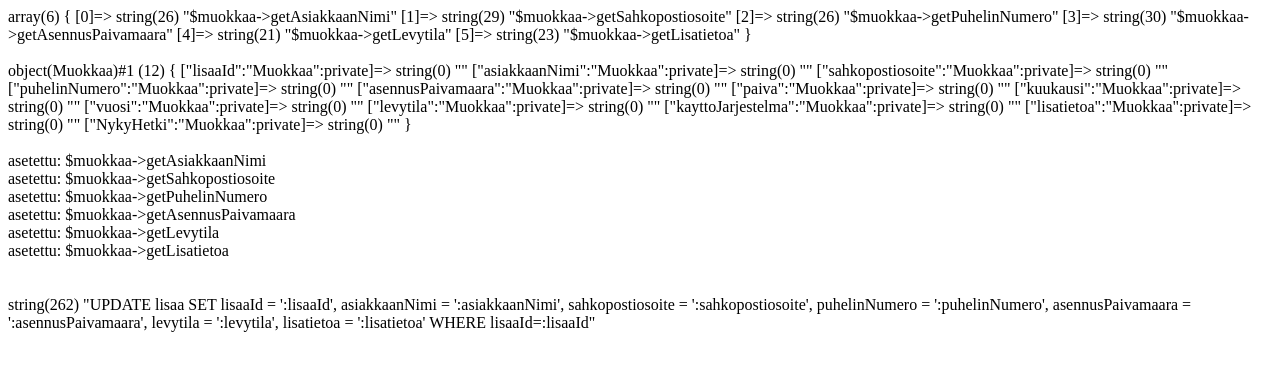
Repository: TommiKurjensalo/php
Page: http://localhost/test/function_to_function.php
The author's editor kept a copy of each file at every save. The page is drawn from the files as they stood at one save, then again after the next save.
The browser window is 1280 px wide. The pictures show the whole page.
The page is run by PHP 8.4 with error messages shown; the project is at /var/www/html/.

Above is the page before, as saved 2017-04-25 16:39:59.

### sivut/test/function_to_function.php
<?php

$m = new Muokkaa("","asiakas@jee.org","040-988474","02","03","2017","332","3","Lisätietoa");

$m->muokkaaAsiakas($m);

class Muokkaa {

	// luokan attribuutit
	private $lisaaId = "";
	private $asiakkaanNimi = "";
	private $sahkopostiosoite = "";
	private $puhelinNumero = "";
	private $asennusPaivamaara = "";
	private $paiva = "";
	private $kuukausi = "";
	private $vuosi = "";
	private $levytila = "";
	private $kayttoJarjestelma = "";
	private $lisatietoa = "";
	private $NykyHetki = "";

	// Etsitään sopiva konstruktori
	function __construct() {
		$get_arguments       = func_get_args();
		$number_of_arguments = func_num_args();

		if (method_exists($this, $method_name = '__construct'.$number_of_arguments)) {
			call_user_func_array(array($this, $method_name), $get_arguments);
		}
	}


	// Luokan konstruktori
	public function __construct10($uusiAsiakkaanNimi = "", $uusiSahkopostiosoite = "", $uusiPuhelinNumero = "",
			$uusiPaiva = "", $uusiKuukausi = "", $uusiVuosi = "",
			$uusiLevytila = "", $uusiKayttoJarjestelma = "", $uusiLisatietoa = "")
	{

		// trim poistaa tyhjät merkkijonon alusta ja lopusta
		//$this->lisaaId = ($uusiId);
		$this->asiakkaanNimi = trim($uusiAsiakkaanNimi);
		$this->sahkopostiosoite = trim($uusiSahkopostiosoite);
		$this->puhelinNumero = trim($uusiPuhelinNumero);
		$this->paiva = trim($uusiPaiva);
		$this->kuukausi = trim($uusiKuukausi);
		$this->vuosi = trim($uusiVuosi);
		$this->levytila = trim($uusiLevytila);
		$this->kayttoJarjestelma = trim($uusiKayttoJarjestelma);
		$this->lisatietoa = trim($uusiLisatietoa);
	}

	// Luokan konstruktori haeAsiakas toimintoa varten
	public function __construct2($uusiId="", $uusiAsiakkaanNimi = "")

	{
		// trim poistaa tyhjät merkkijonon alusta ja lopusta
		$this->lisaaId = ($uusiId);
		$this->asiakkaanNimi = trim($uusiAsiakkaanNimi);
		$this->paiva = trim($uusiPaiva);
		$this->kuukausi = trim($uusiKuukausi);
		$this->vuosi = trim($uusiVuosi);
		$this->kayttoJarjestelma = trim($uusiKayttoJarjestelma);
	}

	// Muuttaa/asettaa lisaaId-attribuutin
	public function setLisaaId($uusiId) {
		$this->lisaaId = $uusiId;
	}

	// Palauttaa lisaaId-attribuutin
	public function getLisaaId() {
		return $this->lisaaId;
	}

	// Muuttaa/asettaa asiakkaanNimi-attribuutin
	public function setAsiakkaanNimi($uusiAsiakkaanNimi) {
		$this->asiakkaanNimi = $uusiAsiakkaanNimi;
	}

	// Palauttaa asiakkaanNimi-attribuutin
	public function getAsiakkaanNimi() {
		return $this->asiakkaanNimi;
	}


	// $empty kertoo, saako kenttä olla tyhjä (FALSE=>ei saa olla eli on pakollinen)
	// $min kertoo kentän minimipituuden merkkeinä
	// $max kertoo kentän maksimipituuden merkkeinä
	public function checkAsiakkaanNimi($required, $min, $max) {

		// Jos kenttä saa olla tyhjä ja se on tyhjä, ei ole virhettä
		if ($required === FALSE && strlen($this->asiakkaanNimi) == 0)
			return 0;

		if ($required === TRUE) {
			// Jos kenttä on tyhjä
			if (strlen($this->asiakkaanNimi) == 0)
				return 1;

			// Jos kentässä on liian vähän tai liikaa merkkejä
			if (strlen($this->asiakkaanNimi) < $min || strlen($this->asiakkaanNimi) > $max)
				return 2;

			// Jos kentässä on sinne kuulumattomia merkkejä
			if (preg_match("/[^a-zåäöA-ZÅÄÖ0-9 \-]/", $this->asiakkaanNimi))
				return 3;

		}
		// Ei ollut virheitä
		return 0;

	}

	// *******************************************************
	// Muuttaa/asettaa sahkopostiosoite-attribuutin
	public function setSahkopostiosoite($uusiSahkopostiosoite) {
		$this->sahkopostiosoite = $uusiSahkopostiosoite;
	}

	// Palauttaa sahkopostiosoite-attribuutin
	public function getSahkopostiosoite() {
		return $this->sahkopostiosoite;
	}

	public function checkSahkopostiosoite($required) {

		// Jos kenttä saa olla tyhjä ja se on tyhjä, ei ole virhettä
		if ($required === FALSE && strlen($this->sahkopostiosoite) == 0)
			return 0;

		if ($required == TRUE) {
			// Jos kenttä on tyhjä
			if (strlen($this->sahkopostiosoite) == 0)
				return 4;

			// Jos kentässä on sinne kuulumattomia merkkejä
			// Hyväksytyt merkit ovat A-Z a-z 0-9 . - ja maatunnus 2-4 merkkiä (A-Z a-z)
			if (!preg_match('/^[A-Öa-ö0-9._-]+@[A-Öa-ö0-9.-]+\.[A-Za-z]{2,4}$/', $this->sahkopostiosoite))
				return 5;

		}

		return 0;
	}

	// *******************************************************
	// Muuttaa/asettaa puhelinNumero-attribuutin
	public function setPuhelinNumero($uusiPuhelinNumero) {
		$this->puhelinNumero = $uusiPuhelinNumero;
	}

	// Palauttaa puhelinNumero-attribuutin
	public function getPuhelinNumero() {
		return $this->puhelinNumero;
	}

	public function checkPuhelinNumero($required, $min, $max) {

		// Jos kenttä saa olla tyhjä ja se on tyhjä, ei ole virhettä
		if ($required === FALSE && strlen($this->puhelinNumero) == 0)
			return 0;

		if ($required === TRUE) {
			// Jos kenttä on tyhjä
			if (strlen($this->puhelinNumero) == 0)
				return 6;

			// Jos kentässä on liian vähän merkkejä/numeroita
			if (strlen($this->puhelinNumero) < $min || strlen($this->puhelinNumero) > $max) {
				return 20;
			}
			// Jos kentässä on sinne kuulumattomia merkkejä
			// Sallittu vain numerot 0-9, välilyönti ja välimerkki '-'
			elseif (!preg_match('/^(\d){0,4}[-]{1}[(\d\s)]{0,17}$/D', $this->puhelinNumero)) {
				return 7;
			}

		}
		// Ei ollut virheitä
		return 0;
	}

	// *******************************************************
	// Muuttaa/asettaa asennusPaivamaara-attribuutin
	public function setAsennusPaivamaara($uusiAsennusPaivamaara) {
		$this->asennusPaivamaara = $uusiAsennusPaivamaara;
	}

	// Palauttaa asennusPaivamaara-attribuutin
	public function getAsennusPaivamaara() {
		return $this->asennusPaivamaara;
	}

	// *******************************************************
	// Muuttaa/asettaa paiva-attribuutin
	public function setPaiva($uusiPaiva) {
		$this->paiva = $uusiPaiva;
	}

	// Palauttaa paiva-attribuutin
	public function getPaiva() {
		return $this->paiva;
	}

	// *******************************************************
	// Muuttaa/asettaa kuukausi-attribuutin
	public function setKuukausi($uusiKuukausi) {
		$this->kuukausi = $uusiKuukausi;
	}

	// Palauttaa kuukausi-attribuutin
	public function getKuukausi() {
		return $this->kuukausi;
	}

	// *******************************************************
	// Muuttaa/asettaa vuosi-attribuutin
	public function setVuosi($uusiVuosi) {
		$this->vuosi = $uusiVuosi;
	}

	// Palauttaa vuosi-attribuutin
	public function getVuosi() {
		return $this->vuosi;
	}

	// Palauttaa nykyhetki-attribuutin
	// Käytetään testaukseen
	public function getNykyHetki() {
		return $this->NykyHetki;
	}

	public function checkAsennusPaivamaara($required) {


		if ($required === TRUE) {
			// Jos kentät on tyhjiä

			if (strpos($this->paiva, 'none') !==FALSE || strpos($this->kuukausi, 'none') !==FALSE
					|| strpos($this->vuosi, 'none') !==FALSE) {
						return 8;
					}
					// Määritellään muuttujia päivämäärän tulevaisuuden tarkistamista varten
					$paivaFormaatti='j.n.Y';
					$nykyHetki = new DateTime('now', new DateTimeZone('Europe/Helsinki'));
					// Muutetaan tuodut päivä,kuukausi ja vuositiedot DateTime muotoon, jotta sitä voidaan helpommin vertailla
					// ja viedä yhdellä muuttujalle tiedot sivulle
					$DateAsennusPaivamaara = DateTime::createFromFormat($paivaFormaatti,"$this->paiva.$this->kuukausi.$this->vuosi");
					$this->asennusPaivamaara = $DateAsennusPaivamaara;
					$this->NykyHetki = $nykyHetki;

					// Jos asetettu päivämääärä on tulevaisuudessa
					if($DateAsennusPaivamaara > $nykyHetki)
						return 9;
		}
		// Muuten palautetaan 0, aka kaikki hyvin
		return 0;
	}

	public function setErotteleAsennusPaivamaara($asennusPaivamaara) {

		if (!empty($asennusPaivamaara)) {
			list($uusiVuosi,$uusiKuukausi,$UusiPaiva) = explode(".",$asennusPaivamaara);

			$this->setPaiva($UusiPaiva);
			$this->setKuukausi($uusiKuukausi);
			$this->setVuosi($uusiVuosi);
		}


	}

	// *******************************************************
	// Muuttaa/asettaa levytila-attribuutin
	public function setLevytila($uusiLevytila) {
		$this->levytila = $uusiLevytila;
	}

	// Palauttaa levytila-attribuutin
	public function getLevytila() {
		return $this->levytila;
	}

	public function checkLevytila($required) {

		// Jos kenttä saa olla tyhjä ja se on tyhjä, ei ole virhettä
		if ($required === FALSE && strlen($this->levytila) == 0)
			return 0;

		if ($required === TRUE) {
			// Jos kenttä on tyhjä
			if (strlen($this->levytila) == 0)
				return 10;

			// Jos kentässä on sinne kuulumattomia merkkejä
			if (preg_match("[\d{1-5}]", $this->levytila))
				return 11;

			// Jos levytila on 0 tai negatiivinen kokonaisluku
			if ($this->levytila <= 0)
				return 21;
		}

		return 0;
	}

	// *******************************************************
	// Muuttaa/asettaa kayttoJarjestelma-attribuutin
	public function setKayttoJarjestelma($uusiKayttoJarjestelma) {
		$this->kayttoJarjestelma = $uusiKayttoJarjestelma;
	}

	// Palauttaa kayttoJarjestelma-attribuutin
	public function getKayttoJarjestelma() {
		return $this->kayttoJarjestelma;
	}

	public function checkKayttoJarjestelma($required) {

		// Jos kenttä saa olla tyhjä ja se on tyhjä, ei ole virhettä
		if ($required === FALSE && strlen($this->kayttoJarjestelma) == 0)
			return 0;

		if ($required === TRUE) {
			// Jos käyttöjärjestelmää ei ole valittu
			if (strpos($this->kayttoJarjestelma, 'none') !==FALSE)
				return 12;
		}
		// Ei ollut virheitä
		return 0;
	}

	// *******************************************************
	// Muuttaa/asettaa kayttoJarjestelma-attribuutin
	public function setLisatietoa($uusiLisatietoa) {
		$this->lisatietoa = $uusiLisatietoa;
	}

	// Palauttaa kayttoJarjestelma-attribuutin
	public function getLisatietoa() {
		return $this->lisatietoa;
	}

	public function checkLisatietoa ($required, $min, $max) {

		// Jos kenttä saa olla tyhjä ja se on tyhjä, ei ole virhettä
		if ($required === FALSE && strlen($this->lisatietoa) == 0)
			return 0;


		if ($required === TRUE) {
			// Jos kenttä on tyhjä
			if (strlen($this->lisatietoa) == 0)
				return 13;

			// Jos kentässä on liian vähän tekstiä
			if (strlen($this->lisatietoa) < $min || strlen($this->lisatietoa) > $max)
				return 14;

		}
		// Ei ollut virheitä
		return 0;
	}

public function muokkaaAsiakas($muokkaa) {

	$tulos = array();
	$table = 'lisaa';
	$where = 'lisaaId=:lisaaId';
	$a = '$muokkaa->get';
	$lista = [$a.'AsiakkaanNimi',$a.'Sahkopostiosoite',$a.'PuhelinNumero',$a.'AsennusPaivamaara',$a.'Levytila',$a.'Lisatietoa'];

	var_dump($lista);
	echo "<br><br>";
	var_dump($muokkaa);

	echo "<br><br>";
	for ($i=0; $i<=5; $i++) {
		if (isset($lista[$i])) {
			echo 'asetettu: ' .$lista[$i].'<br>';
		}
	}

	$data = ["lisaaId" => ":lisaaId","asiakkaanNimi" => ":asiakkaanNimi","sahkopostiosoite"=>":sahkopostiosoite","puhelinNumero"=>":puhelinNumero",
			"asennusPaivamaara"=>":asennusPaivamaara","levytila"=>":levytila","lisatietoa"=>":lisatietoa"];

	function build_sql_update($table, $data, $where)
	{
		$cols = array();

		foreach($data as $key=>$val) {
			$cols[] = "$key = '$val'";
		}
		$sql = "UPDATE $table SET " . implode(', ', $cols) . " WHERE $where";

		return $sql;
	}

	$sql_lisaa = build_sql_update($table,$data,$where);
	//$sql_lisaa = Muokkaa::build_sql_update($table, $data, $where);
	echo "<br><br>";
	var_dump($sql_lisaa);
}
}
?>

After the next save:
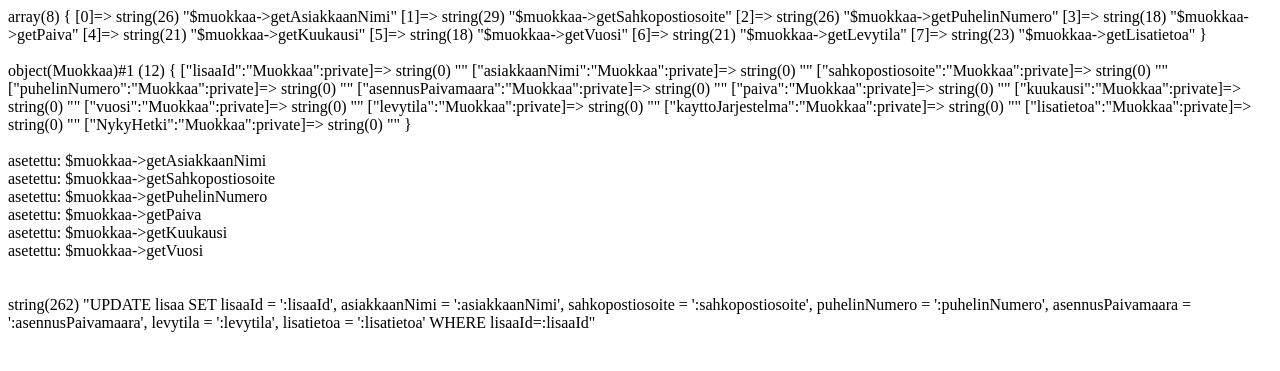
Saved 58 s later.
--- a/sivut/test/function_to_function.php
+++ b/sivut/test/function_to_function.php
@@ -369,7 +369,7 @@ public function muokkaaAsiakas($muokkaa) {
 	$table = 'lisaa';
 	$where = 'lisaaId=:lisaaId';
 	$a = '$muokkaa->get';
-	$lista = [$a.'AsiakkaanNimi',$a.'Sahkopostiosoite',$a.'PuhelinNumero',$a.'AsennusPaivamaara',$a.'Levytila',$a.'Lisatietoa'];
+	$lista = [$a.'AsiakkaanNimi',$a.'Sahkopostiosoite',$a.'PuhelinNumero',$a.'Paiva',$a.'Kuukausi',$a.'Vuosi',$a.'Levytila',$a.'Lisatietoa'];
 
 	var_dump($lista);
 	echo "<br><br>";
